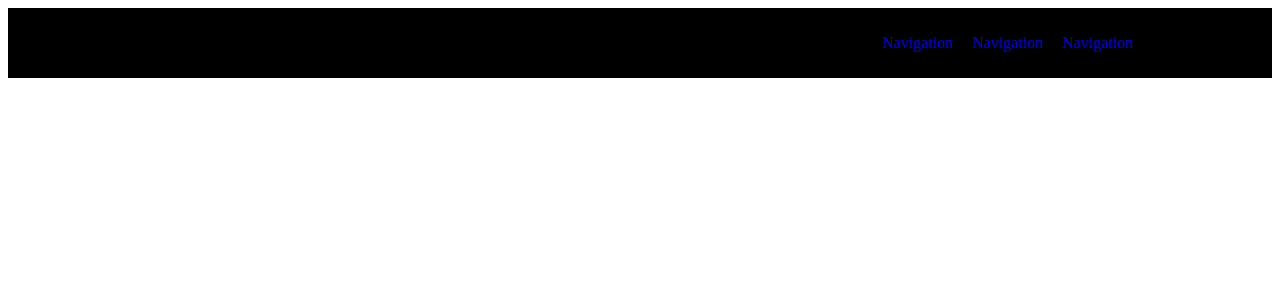
Repository: piotrokrutniak/Projekt-Studia
Page: index.html
The author's editor kept a copy of each file at every save. The page is drawn from the files as they stood at one save, then again after the next save.
The browser window is 1280 px wide. The pictures show the whole page.

Above is the page before, as saved 2023-03-04 02:39:07.

### index.html
<!DOCTYPE html>
<head>
    <meta charset="UTF-8" />
    <meta http-equiv="X-UA-Compatible" content="IE=edge" />
    <meta name="viewport" content="width=device-width, initial-scale=1.0" />
    <link rel="stylesheet" type="text/css" href="styles.css" />
    <title>Website Title</title>
</head>
<body>
    <div class="navbar-container">
        <div class="navbar">
            <div class="logo">WebsiteLogo</div>
            <div class="navigation">
                <a href="/index" class="navigation-link">
                    <div class="navigation-button">
                        Navigation
                    </div>
                </a>
                <a href="/index" class="navigation-link">
                    <div class="navigation-button">
                        Navigation
                    </div>
                </a>
                <a href="/index" class="navigation-link">
                    <div class="navigation-button">
                        Navigation
                    </div>
                </a>
            </div>
        </div>
    </div>
</body>

### styles.css
.navbar-container{
    width: 100%;
    height: 70px;
    background: black;
    position: sticky;
    top: 0;
}

.navbar{
    position: relative;
    max-width: 1024px;
    min-width: 328px;
    top: 0px;
    margin: auto;
    display: flex;
    flex-direction:row;
    justify-content: space-between;
        top: 50%;
    -ms-transform: translateY(-50%);
    transform: translateY(-50%);

}

a{
    text-decoration: none;
}

.navigation-link{
    position: relative;


}

.navigation-link:hover{
    border-bottom: 2px solid;
    border-color: aqua;
}

.navigation{
    display: grid;
    grid-template-columns: 90px 90px 90px;

}

.logo{

}

After the next save:
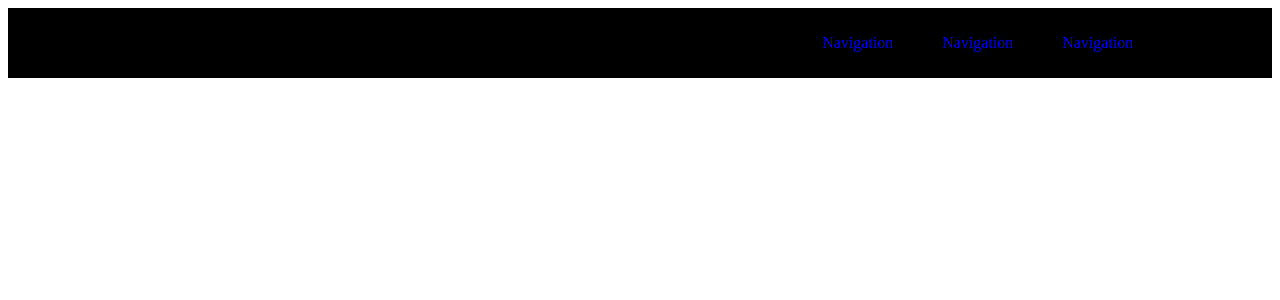
Saved 16 s later.
--- a/styles.css
+++ b/styles.css
@@ -39,7 +39,7 @@ a{
 .navigation{
     display: grid;
     grid-template-columns: 90px 90px 90px;
-
+    grid-gap: 30px;
 }
 
 .logo{
